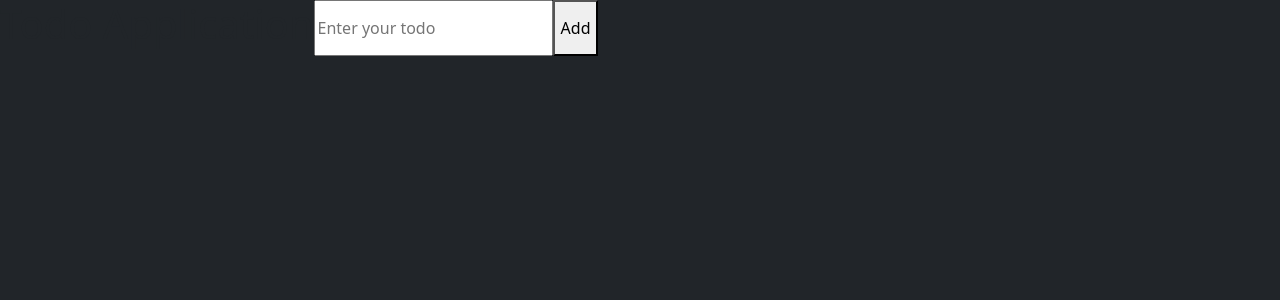
Repository: Alphosmart/param
Page: todo.html
An editor plug-in stored every save of this project. The page is shown before and after the next save, followed by the edit.
The browser window is 1280 px wide. The pictures show the whole page.

Above is the page before, as saved 2024-07-01 08:18:28.

### todo.html
<!DOCTYPE html>
<html lang="en">
  <head>
    <meta charset="UTF-8" />
    <meta name="viewport" content="width=device-width, initial-scale=1.0" />
    <title>Todo</title>
    <link rel="stylesheet" href="style.css" />
    <link
      href="https://cdn.jsdelivr.net/npm/bootstrap@5.3.3/dist/css/bootstrap.min.css"
      rel="stylesheet"
      integrity="sha384-QWTKZyjpPEjISv5WaRU9OFeRpok6YctnYmDr5pNlyT2bRjXh0JMhjY6hW+ALEwIH"
      crossorigin="anonymous"
    />
  </head>

  <body class="bg-dark d-flex">
    <h1>Todo Application</h1>
    <input type="text" placeholder="Enter your todo" id="todo" />
    <button onclick="addTodo()">Add</button>
    <div id="showFace"></div>

    <script src="script.js"></script>
  </body>
</html>

### style.css
.btnDelete {
    border: none;
    border-radius: 10%;
    padding: 10px;
    text-align: center;
    background-color: #ff0000;
    color: #fff;
}

### script.js
'use strict';

var allTodos = [];

function addTodo() {
  var inputs = document.getElementById('todo').value;
  if (inputs !== '') {
    allTodos.push(inputs);
    console.log(allTodos);
    document.getElementById('todo').value = '';
    displayTodo();
  } else {
    alert('Please enter something.');
  }
}

function displayTodo() {
  showFace.innerHTML = '';
  for (var i = 0; i < allTodos.length; i++) {
    showFace.innerHTML += `
      <h3>${i + 1}. ${allTodos[i]}</h3>
      <button class='btnDelete' onclick="deleteTodo(${i})">Delete</button>
      <button onclick="editTodo(${i})" style="color: orangered">Edit</button>
    `;
  }
}

function deleteTodo(index) {
  var confirmDelete = confirm('Are you sure you want to delete this item?');
  if (confirmDelete) {
    allTodos.splice(index, 1);
    displayTodo();
  }
}

function editTodo(index) {
  var newTodo = prompt('Edit your todo:', allTodos[index]);
  if (newTodo !== null && newTodo !== '') {
    allTodos[index] = newTodo;
    displayTodo();
  } else if (newTodo === '') {
    alert('The input cannot be empty.');
  }
}

After the next save:
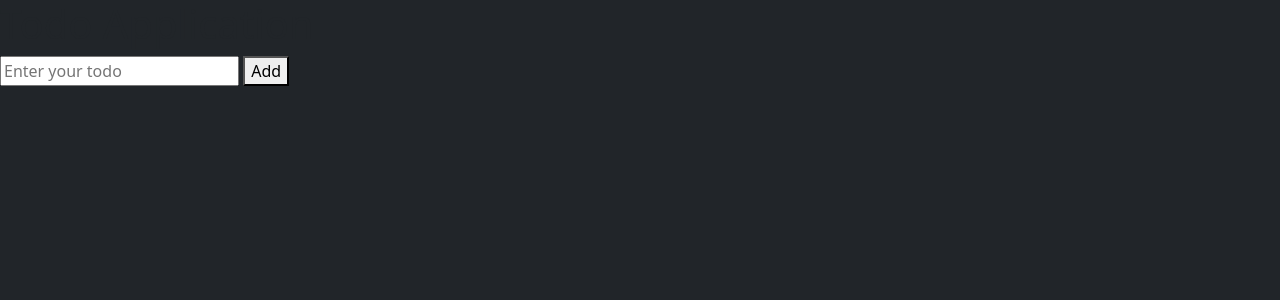
Saved 20 s later.
--- a/todo.html
+++ b/todo.html
@@ -13,7 +13,7 @@
     />
   </head>
 
-  <body class="bg-dark d-flex">
+  <body class="bg-dark">
     <h1>Todo Application</h1>
     <input type="text" placeholder="Enter your todo" id="todo" />
     <button onclick="addTodo()">Add</button>
